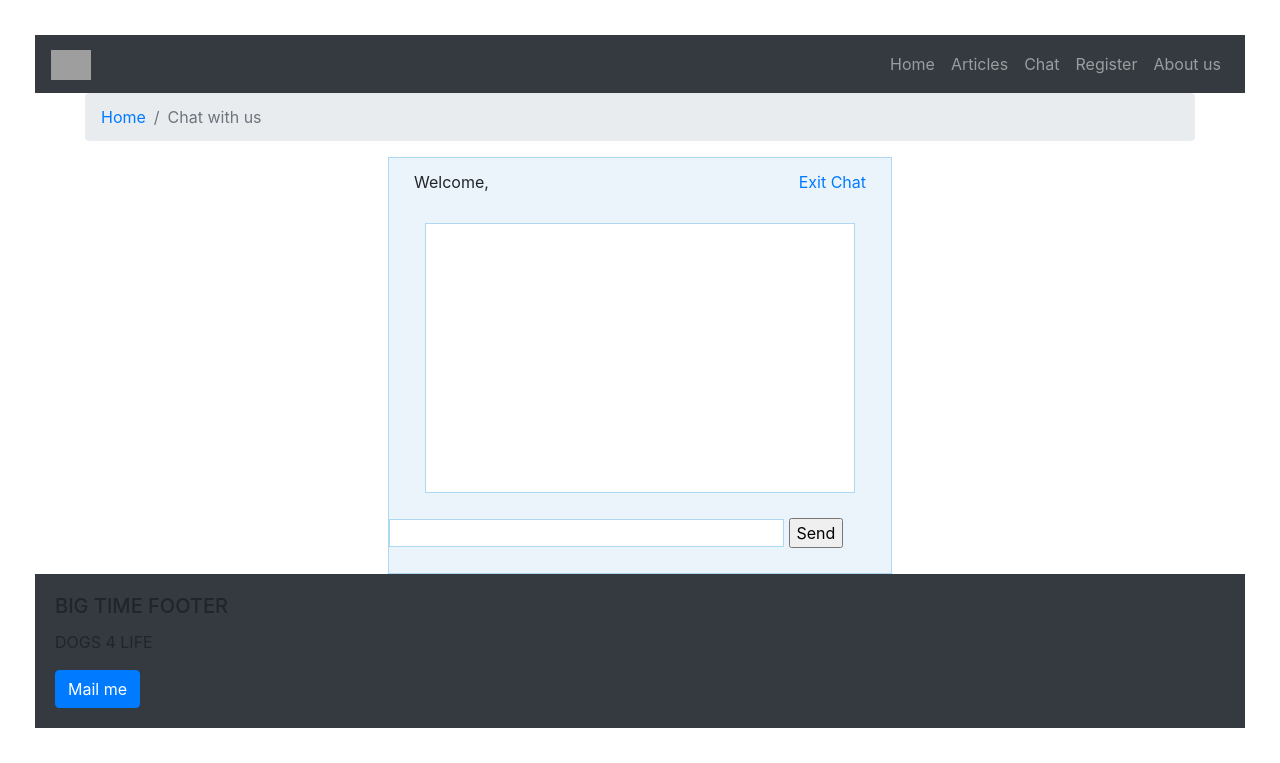
Repository: RalfsB/THE_LAST
Page: 4th.html
These files come from the project's save history. The page is drawn as it stood at one moment and after the next save; the edit follows.
The browser window is 1280 px wide. The pictures show the whole page.
Pictures or frames that could not be fetched are drawn as grey boxes. Some web libraries are served in a nearby version.

Above is the page before, as saved 2018-10-01 17:19:29.

After the next save:
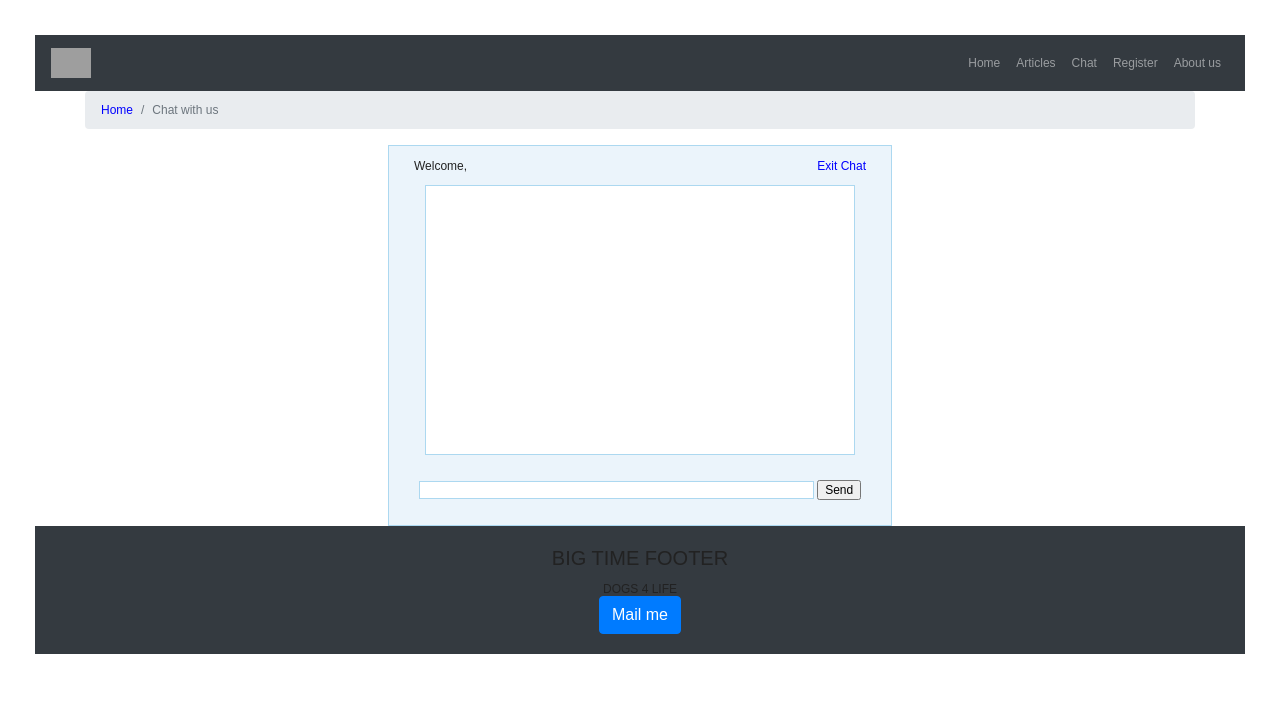
Saved 20 s later.
--- a/4th.html
+++ b/4th.html
@@ -5,9 +5,10 @@
     <meta name="viewport" content="width=device-width, initial-scale=1.0">
     <meta http-equiv="X-UA-Compatible" content="ie=edge">
     <title>Chat</title>
-    <link rel="stylesheet" href="style2.css">
+
     <link rel="stylesheet" href="https://maxcdn.bootstrapcdn.com/bootstrap/4.0.0/css/bootstrap.min.css" integrity="sha384-Gn5384xqQ1aoWXA+058RXPxPg6fy4IWvTNh0E263XmFcJlSAwiGgFAW/dAiS6JXm"
     crossorigin="anonymous">
+    <link rel="stylesheet" href="style2.css">
 </head>
 <body>
         <nav class="navbar navbar-expand-sm navbar-dark bg-dark">

After the save that followed:
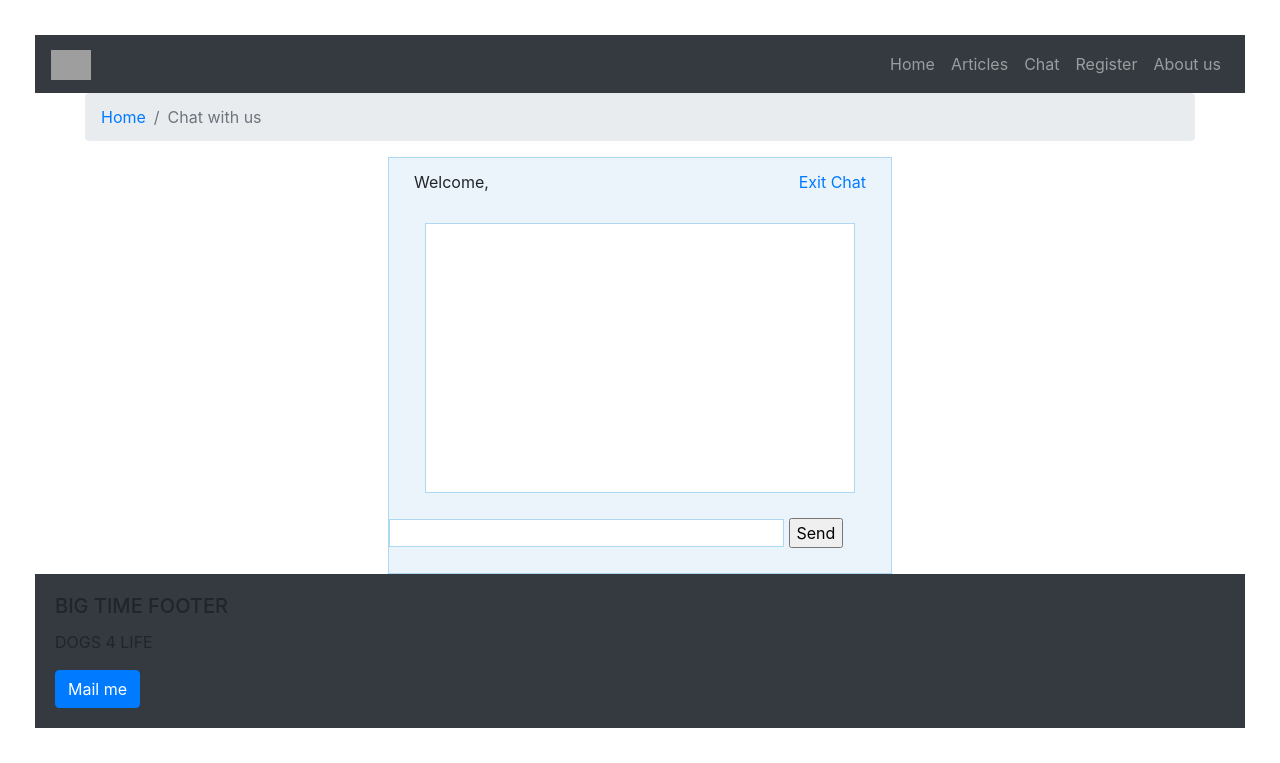
Saved 18 s later.
--- a/4th.html
+++ b/4th.html
@@ -5,10 +5,9 @@
     <meta name="viewport" content="width=device-width, initial-scale=1.0">
     <meta http-equiv="X-UA-Compatible" content="ie=edge">
     <title>Chat</title>
-
+    <link rel="stylesheet" href="style2.css">
     <link rel="stylesheet" href="https://maxcdn.bootstrapcdn.com/bootstrap/4.0.0/css/bootstrap.min.css" integrity="sha384-Gn5384xqQ1aoWXA+058RXPxPg6fy4IWvTNh0E263XmFcJlSAwiGgFAW/dAiS6JXm"
     crossorigin="anonymous">
-    <link rel="stylesheet" href="style2.css">
 </head>
 <body>
         <nav class="navbar navbar-expand-sm navbar-dark bg-dark">
